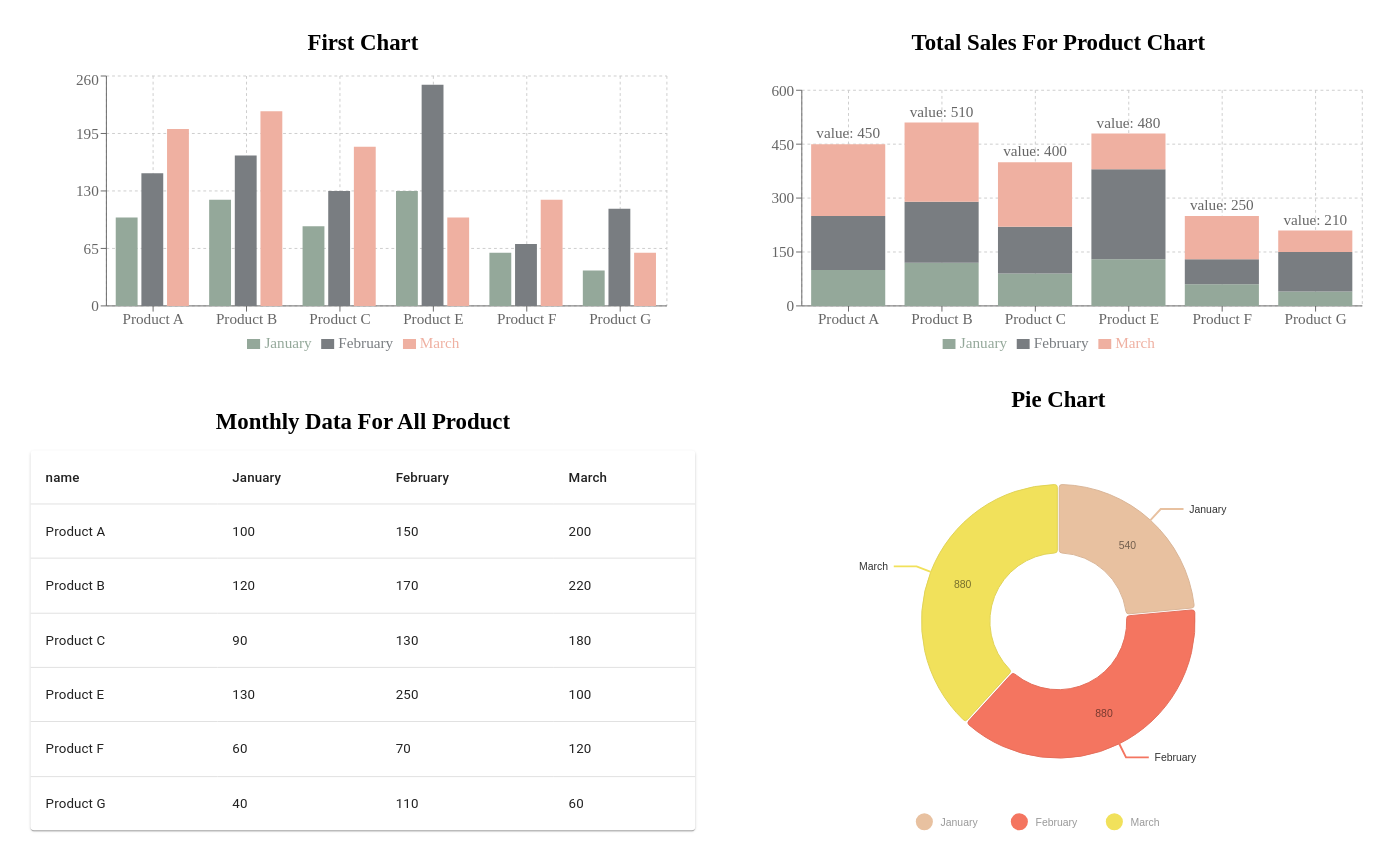
Repository: sagarjain738/test
Page: /
These files come from the project's save history. The page is drawn as it stood at one moment and after the next save; the edit follows.
The browser window is 1280 px wide. The page is 1464 px wide, then 1280 px, then 1464 px, so the pictures cover 1464 px, including what lies to the right of the window. The pictures show the whole page, at 95% of full size.
The project was rebuilt for these pictures with package versions that can differ from the ones it lists, and the page was loaded fresh each time. Also part of the build but not shown: vite.config.js, src/index.css.

Above is the page before, as saved 2024-01-21 21:03:59.

### src/App.jsx
import "./App.css";
import FirstChart from "./components/FirstChart";
import totalData, { getTotalData, getTotal, getMonths } from "../Data";
import SecondChart from "./components/SecondData";
import TotalPieChart from "./components/PieChart";
import BasicTable from "./components/Table";

function App() {
  const firstRecord = getTotalData(totalData);
  const total = getTotal(totalData);
  const monthNames = getMonths();
  console.log(firstRecord);
  return (
    <div className="container">
      <FirstChart records={firstRecord} monthNames={monthNames.slice(1)} />
      <SecondChart records={firstRecord} monthNames={monthNames.slice(1)} />
      <BasicTable records={firstRecord} monthNames={monthNames} />
      <TotalPieChart records={total} monthNames={monthNames} />
    </div>
  );
}

export default App;

### src/App.css
*,
::before,
::after {
  box-sizing: border-box;
  padding: 0;
  margin: 0;
}

.container {
  display: grid;
  grid-template-columns: repeat(2, 1fr);
  max-height: 100vh;
  max-width: 100vw;
  /* overflow: hidden; */
  gap: 2rem;
  padding: 2rem;
}

@media screen and (max-width: 900px) {
  .container {
    display: flex;
    flex-direction: column;
    /* overflow: scroll; */
    align-items: center;
    justify-content: center;
    max-height: max-content;
  }
}

### src/components/FirstChart.jsx
import {
  Bar,
  BarChart,
  CartesianGrid,
  Legend,
  Rectangle,
  Tooltip,
  XAxis,
  YAxis,
} from "recharts";
import HigherOrder from "./HigherOrder";

const colors = ["#94A89A", "#797D81", "#EFB0A1", "#669bbc"];

const FirstChart = ({ records, monthNames }) => {
  return (
    <BarChart
      width={700}
      height={300}
      data={records}
      margin={{
        top: 5,
        right: 30,
        left: 20,
        bottom: 5,
      }}
    >
      <CartesianGrid strokeDasharray="3 3" />
      <XAxis dataKey="name" />
      <YAxis />
      <Tooltip />
      <Legend />
      {monthNames.map((month, i) => (
        <Bar
          key={month}
          dataKey={month}
          fill={colors[i]}
          activeBar={<Rectangle fill={colors[i]} stroke="blue" />}
        />
      ))}
    </BarChart>
  );
};

const ProductWiseMonthlySales = HigherOrder(FirstChart, "First Chart");

export default ProductWiseMonthlySales;

### Data.js
let data = {
  salesData: [
    {
      product: "Product A",
      sales: [
        { month: "January", amount: 100 },
        { month: "February", amount: 150 },
        { month: "March", amount: 200 },
      ],
    },
    {
      product: "Product B",
      sales: [
        { month: "January", amount: 120 },
        { month: "February", amount: 170 },
        { month: "March", amount: 220 },
      ],
    },
    {
      product: "Product C",
      sales: [
        { month: "January", amount: 90 },
        { month: "February", amount: 130 },
        { month: "March", amount: 180 },
      ],
    },
    {
      product: "Product E",
      sales: [
        { month: "January", amount: 130 },
        { month: "February", amount: 250 },
        { month: "March", amount: 100 },
      ],
    },
    {
      product: "Product F",
      sales: [
        { month: "January", amount: 60 },
        { month: "February", amount: 70 },
        { month: "March", amount: 120 },
      ],
    },
    {
      product: "Product G",
      sales: [
        { month: "January", amount: 40 },
        { month: "February", amount: 110 },
        { month: "March", amount: 60 },
      ],
    },
  ],
};

export function getTotalData(records) {
  const result = records.salesData.map((item) => {
    return {
      name: item.product,
      data: item.sales.reduce(
        (acc, itm) => ({ ...acc, [`${itm.month}`]: itm.amount }),
        {}
      ),
    };
  });

  const finalData = result.map((item) => {
    return { name: item.name, ...item.data };
  });

  return finalData;
}

export function getTotals(records) {
  const result = records.salesData.map((item) => {
    return {
      id: item.product,
      label: item.product,
      value: item.sales.reduce((acc, itm) => acc + itm.amount, 0),
      color: "hsl(271, 70%, 50%)",
    };
  });
  return result;
}

export function getTotal(data) {
  let sumOfMonths = {};
  data.salesData.forEach((product) => {
    product.sales.forEach((sale) => {
      sumOfMonths[sale.month] = (sumOfMonths[sale.month] || 0) + sale.amount;
    });
  });

  const output = [];

  for (const key in sumOfMonths) {
    output.push({
      id: key,
      label: key,
      value: sumOfMonths[key],
      color: "hsl(37, 70%, 50%)",
    });
  }

  return output;
}

export function getMonths() {
  const months = new Set();
  months.add("name");
  data.salesData.forEach((d) => d.sales.forEach((v) => months.add(v.month)));

  return [...months];
}

export default data;

### src/components/SecondData.jsx
import {
  Bar,
  BarChart,
  CartesianGrid,
  Legend,
  Tooltip,
  XAxis,
  YAxis,
} from "recharts";
import HigherOrder from "./HigherOrder";

const colors = ["#94A89A", "#797D81", "#EFB0A1", "#669bbc"];

const SecondChart = ({ records, monthNames }) => {
  const renderCustomBarLabel = ({ payload, x, y, width, height, value }) => {
    return (
      <text
        x={x + width / 2}
        y={y}
        fill="#666"
        textAnchor="middle"
        dy={-6}
      >{`value: ${value}`}</text>
    );
  };

  return (
    <BarChart
      width={700}
      height={300}
      data={records}
      margin={{
        top: 20,
        right: 30,
        left: 20,
        bottom: 5,
      }}
    >
      <CartesianGrid strokeDasharray="3 3" />
      <XAxis dataKey="name" />
      <YAxis />
      <Tooltip />
      <Legend />
      {monthNames.map((month, i) => (
        <Bar
          key={i}
          dataKey={month}
          stackId="a"
          fill={colors[i]}
          label={renderCustomBarLabel}
        />
      ))}
    </BarChart>
  );
};

const TotalSalesForProduct = HigherOrder(
  SecondChart,
  "Total Sales For Product Chart"
);

export default TotalSalesForProduct;

### src/components/PieChart.jsx
import { ResponsivePie } from "@nivo/pie";
import HigherOrder from "./HigherOrder";

const TotalPieChart = ({ records }) => (
  <div
    style={{
      height: "28rem",
      width: "28rem",
    }}
  >
    <ResponsivePie
      data={records}
      margin={{ top: 40, right: 80, bottom: 80, left: 80 }}
      innerRadius={0.5}
      padAngle={0.7}
      cornerRadius={3}
      activeOuterRadiusOffset={8}
      borderWidth={1}
      borderColor={{
        from: "color",
        modifiers: [["darker", 0.2]],
      }}
      arcLinkLabelsSkipAngle={10}
      arcLinkLabelsTextColor="#333333"
      arcLinkLabelsThickness={2}
      arcLinkLabelsColor={{ from: "color" }}
      arcLabelsSkipAngle={10}
      arcLabelsTextColor={{
        from: "color",
        modifiers: [["darker", 2]],
      }}
      defs={[
        {
          id: "dots",
          type: "patternDots",
          background: "inherit",
          color: "rgba(255, 255, 255, 0.3)",
          size: 4,
          padding: 1,
          stagger: true,
        },
        {
          id: "lines",
          type: "patternLines",
          background: "inherit",
          color: "rgba(255, 255, 255, 0.3)",
          rotation: -45,
          lineWidth: 6,
          spacing: 10,
        },
      ]}
      legends={[
        {
          anchor: "bottom",
          direction: "row",
          justify: false,
          translateX: 0,
          translateY: 56,
          itemsSpacing: 0,
          itemWidth: 100,
          itemHeight: 18,
          itemTextColor: "#999",
          itemDirection: "left-to-right",
          itemOpacity: 1,
          symbolSize: 18,
          symbolShape: "circle",
          effects: [
            {
              on: "hover",
              style: {
                itemTextColor: "#000",
              },
            },
          ],
        },
      ]}
    />
  </div>
);

const MonthWisePieChart = HigherOrder(TotalPieChart, "Pie Chart");

export default MonthWisePieChart;

### src/components/Table.jsx
import Table from "@mui/material/Table";
import TableBody from "@mui/material/TableBody";
import TableCell from "@mui/material/TableCell";
import TableContainer from "@mui/material/TableContainer";
import TableHead from "@mui/material/TableHead";
import TableRow from "@mui/material/TableRow";
import Paper from "@mui/material/Paper";
import HigherOrder from "./HigherOrder";

function BasicTable({ records, monthNames }) {
  return (
    <TableContainer
      component={Paper}
      sx={{
        minWidth: 450,
        maxWidth: 850,
        minHeight: 400,
        maxHeight: 450,
      }}
    >
      <Table
        sx={{
          minWidth: 450,
          maxWidth: 850,
          minHeight: 400,
          maxHeight: 450,
        }}
        aria-label="simple table"
      >
        <TableHead>
          <TableRow>
            {monthNames.map((item) => (
              <TableCell key={item}>{item}</TableCell>
            ))}
          </TableRow>
        </TableHead>
        <TableBody>
          {records.map((row) => (
            <TableRow
              key={row.name}
              sx={{ "&:last-child td, &:last-child th": { border: 0 } }}
            >
              {monthNames.map((item) => (
                <TableCell key={item} component="th" scope="row">
                  {row[item]}
                </TableCell>
              ))}
            </TableRow>
          ))}
        </TableBody>
      </Table>
    </TableContainer>
  );
}

const TotalSalesForProduct = HigherOrder(
  BasicTable,
  "Monthly Data For All Product"
);

export default TotalSalesForProduct;

### src/components/HigherOrder.jsx
export default function HigherOrder(Component, heading) {
  return function internal(props) {
    return (
      <div
        style={{
          display: "flex",
          flexDirection: "column",
          justifyContent: "center",
          alignItems: "center",
          gap: "1rem",
        }}
      >
        <h2>{heading}</h2>
        <Component {...props} />
      </div>
    );
  };
}

Loaded but not shown: index.html (common file); src/main.jsx (common file)

After the next save:
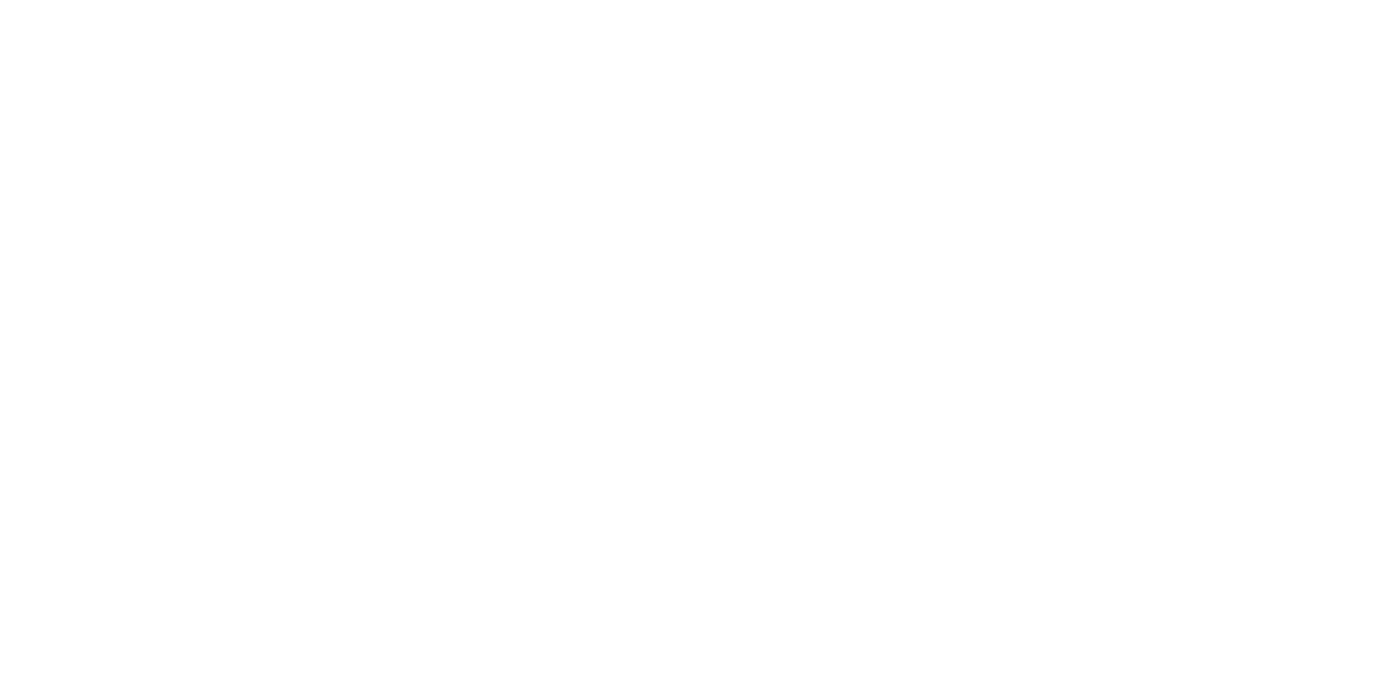
Console error: ReferenceError: value is not defined
Saved 41 s later.
--- a/src/components/SecondData.jsx
+++ b/src/components/SecondData.jsx
@@ -47,7 +47,7 @@
           dataKey={month}
           stackId="a"
           fill={colors[i]}
-          label={renderCustomBarLabel}
+          label={`Total: ${value}`}
         />
       ))}
     </BarChart>

After the save that followed:
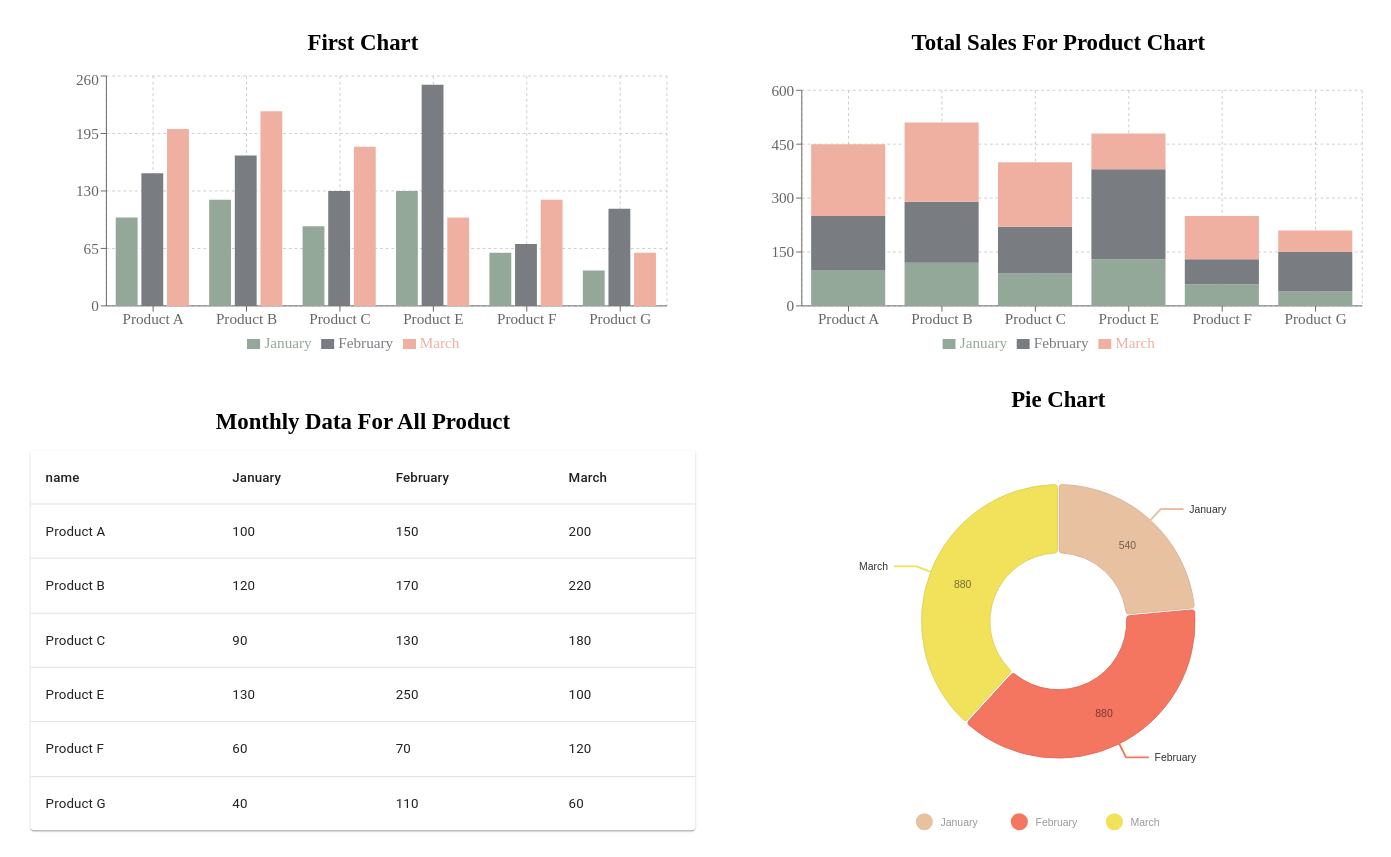
The error is gone.
Saved 36 s later.
--- a/src/components/SecondData.jsx
+++ b/src/components/SecondData.jsx
@@ -47,7 +47,7 @@
           dataKey={month}
           stackId="a"
           fill={colors[i]}
-          label={`Total: ${value}`}
+          label={(payload, x, y, width, height, value) => `Total: ${value}`}
         />
       ))}
     </BarChart>
